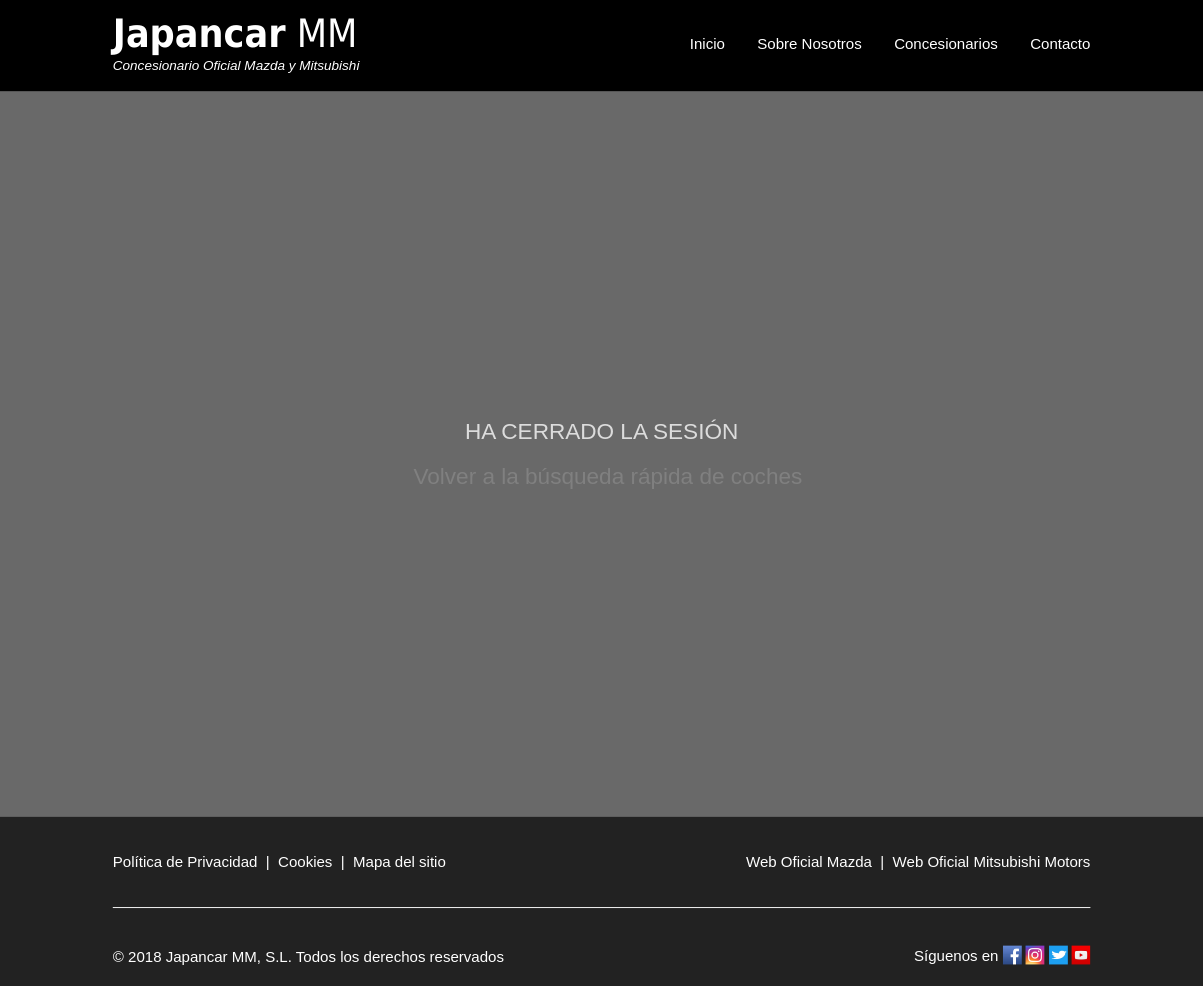
Repository: fjrm/Proyecto_1
Page: PruebaEE/WebContent/PaginaFin.html
These files come from the project's save history. The page is drawn as it stood at one moment and after the next save; the edit follows.
The browser window is 1280 px wide. The pictures show the whole page, at 94% of full size.
Some web libraries are served in a nearby version.

Above is the page before, as saved 2018-12-04 18:28:20.

### PruebaEE/WebContent/PaginaFin.html
<!DOCTYPE html>
<html lang="en">
<head>
	<meta charset="UTF-8">
	<meta name="description" content="Japancar MM, distribuidor oficial de Mazda y Mitsubishi en Barcelona">
	<meta name="keywords" content="Japancar MM, Mazda, Mitsubishi, Barcelona">
	<title>Japancar MM | Cerrar sesión</title>
	<link rel="stylesheet" href="css/reset.css">
	<link rel="stylesheet" href="css/style.css">
	<link rel="stylesheet" href="https://use.fontawesome.com/releases/v5.3.1/css/all.css" integrity="sha384-mzrmE5qonljUremFsqc01SB46JvROS7bZs3IO2EmfFsd15uHvIt+Y8vEf7N7fWAU" crossorigin="anonymous">
	<meta name="viewport" content="width=device-width, user-scalable=no, initial-scale=1.0, maximum-scale=1.0, minimum-scale=1.0">
	<style>
		main{
			color: #DCDCDC;
			font-size: 1.5em;
			text-align: center;
			padding-top: 350px;
      		padding-right: 0px;
      		padding-bottom: 350px;
      		padding-left: 0px;
		}

		main>a{
			color: #808080;
		}

		main>a:hover{
			color: #2F4F4F;
		}

		body{
      		/*background-image: url(img/01.jpg);
      		background-repeat: no-repeat;
      		background-position: bottom;
      		background-size: 125% 100%;*/
      		background-color: #696969;
      	}
	</style>
</head>
<body>
	<div id="wrapper">
		<header>
			<div class="logo">
				<h1><span>Japancar</span> MM</h1>
				<p>Concesionario Oficial Mazda y Mitsubishi</p>
			</div>
			<nav>
				<ul>
					<li><a href="index.html">Inicio<hr></a></li>
					<li><a href="SobreNosostros.html">Sobre Nosotros<hr></a></li>
					<li><a href="Concesionarios.html">Concesionarios<hr></a></li>
					<li><a href="Contacto.html">Contacto<hr></a></li>
				</ul>
			</nav>
		</header>
		<main>
			HA CERRADO LA SESIÓN
			<br>
			<br>
			<a href='http://localhost:8080/PruebaEE/envioPost.html'> &nbsp Volver a la búsqueda rápida de coches</a>
		</main>
		<footer>
			<section>
				<div class="menu_footer1">
					<a href="Privacidad.html">Política de Privacidad</a> &nbsp|&nbsp <a href="Cookies.html">Cookies</a> &nbsp|&nbsp <a href="MapaDelSitio.html">Mapa del sitio</a>
				</div>
				<div class="menu_footer2">
					<a href="https://www.mazda.es/">Web Oficial Mazda</a> &nbsp|&nbsp <a href="https://www.mitsubishi-motors.es">Web Oficial Mitsubishi Motors</a>
				</div>
			</section>
			<div class="linea">
				<p class="copyright">&copy; 2018 Japancar MM, S.L. Todos los derechos reservados</p>
				<div class="redes">
					<p>Síguenos en</p>
					<ul>
						<li>
							<a href="https://es-es.facebook.com/"><img src="img/Facebook.jpg" alt="Facebook"></a>
						</li>
						<li>
							<a href="https://www.instagram.com/?hl=es"><img src="img/Instagram.jpg" alt="Instagram"></a>
						</li>
						<li>
							<a href="https://twitter.com/?lang=es"><img src="img/Twitter.jpg" alt="Twitter"></a>
						</li>
						<li>
							<a href="https://www.youtube.com/?gl=ES&hl=es"><img src="img/Youtube.jpg" alt="Youtube"></a>
						</li>
					</ul>
				</div>
			</div>
		</footer>
	</div>
</body>
</html>

### PruebaEE/WebContent/css/style.css
body{
	background-color: #FFFFFF;
	color: #000000;
	font-family: sans-serif;
	font-size: 1em;
}

*{
	box-sizing: border-box;
}

a{
	text-decoration: none;
	color: inherit;
}

#wrapper{
	margin: 0 auto;
	width: 100%;
}



/*HEADER*/

#wrapper>header{
	background-color: #000000;
	color: #FFFFFF;
	overflow: auto;
	padding-top: 15px;
	padding-right: 120px;
	padding-bottom: 15px;
	padding-left: 120px;
}

.logo{
	float: left;
}

.logo>h1{
	font-family: Tahoma;
	font-size: 2.6em;
	padding-top: 0px;
	padding-right: 0px;
	padding-bottom: 5px;
	padding-left: 0px;
}

.logo>h1>span{
	font-weight: bold;
}

.logo>p{
	font-style: italic;
	font-size: 0.9em;
}

nav{
	float: right;
}

nav ul li{
	display: inline-block;
}

nav ul li a{
	display: inline-block;
	color: #FFFFFF;
	text-align: right;
	transition: all 1s;
	vertical-align: middle;
	padding-top: 24px;
	padding-right: 0px;
	padding-bottom: 24px;
	padding-left: 30px;
}

nav ul li a hr{
	border: 0;
    border-bottom: 3px solid #A9A9A9;
    margin: 0 auto;
	transition: all 1s;
	width: 0;
}

nav ul li a:hover{
	color: #A9A9A9;
}

nav ul li a:hover hr{
  	width: 100%;
}




/*FOOTER*/

footer{
	background-color: #222222;
	color: #FFFFFF;
}

footer>section{
	overflow: auto;
}

.menu_footer1{
	float: left;
	padding-top: 40px;
	padding-right: 120px;
	padding-bottom: 40px;
	padding-left: 120px;
}

.menu_footer1>a:hover{
	color: #A9A9A9;
}

.menu_footer2{
	float: right;
	padding-top: 40px;
	padding-right: 120px;
	padding-bottom: 40px;
	padding-left: 0px;
}

.menu_footer2>a:hover:nth-of-type(1){
	color: #4682B4;
}

.menu_footer2>a:hover:nth-of-type(2){
	color: #B22222;
}

.linea{
	border-top: 1px solid #FFFFFF;
	overflow: auto;
	margin-right: 120px;
	margin-left: 120px;
	padding-top: 40px;
	padding-right: 0px;
	padding-bottom: 20px;
	padding-left: 0px;
}

.copyright{
	float: left;
	padding-top: 4px;
	padding-right: 0px;
	padding-bottom: 0px;
	padding-left: 0px;
}

.redes{
	float: right;
}

.redes>p{
	display: inline-block;
}

.redes>ul{
	display: inline-block;
}

.redes>ul>li{
	display: inline-block;
}

.redes>ul>li>a{
	display: inline-block;
	color: #FFFFFF;
	vertical-align: middle;
}

.redes>ul>li>a>img{
	height: 20px;
	width: 20px;
}

    @media only screen and (min-width: 315px) and (max-width: 1049px){

    /*HEADER*/

    #wrapper>header{
      padding-top: 15px;
      padding-right: 20px;
      padding-bottom: 15px;
      padding-left: 20px;
      max-width: 100%;
        margin: auto;
    }

    }

    @media only screen and (min-width: 315px) and (max-width: 718px){


    /*HEADER*/

    #wrapper>header{
      padding-top: 10px;
      padding-right: 10px;
      padding-bottom: 10px;
      padding-left: 10px;
    }

    .logo{
      float: none;
    }

    .logo>h1{
      font-size: 14.5vw;
      text-align: left;
    }

    .logo>p{
      font-size: 5vw;
      text-align: left;
    }

    nav{
      float: none;
      margin-top: 20px;
      margin-right: 0px;
      margin-bottom: 20px;
    }

    nav ul li{
      display: block;
    }

    nav ul li a{
      display: block;
      color: #A9A9A9;
      text-align: left;
      padding-top: 10px;
      padding-right: 0px;
      padding-bottom: 10px;
      padding-left: 0px;
    }



    /*FOOTER*/

    footer>section{
      overflow: initial;
    }

    .menu_footer1{
      float: none;
      font-size: 3.5vw;
      text-align: left;
      padding-top: 20px;
      padding-right: 10px;
      padding-bottom: 10px;
      padding-left: 10px;
    }

    .menu_footer2{
      float: none;
      font-size: 3.5vw;
      text-align: left;
      padding-top: 10px;
      padding-right: 10px;
      padding-bottom: 10px;
      padding-left: 10px;
    }

    .linea{
      overflow: initial;
      margin-right: 10px;
      margin-left: 10px;
      padding-top: 20px;
      padding-right: 0px;
      padding-bottom: 20px;
      padding-left: 0px;
    }

    .copyright{
      float: none;
      font-size: 3.5vw;
      text-align: left;
      padding-top: 4px;
      padding-right: 0px;
      padding-bottom: 0px;
      padding-left: 0px;
    }

    .redes{
      float: none;
      font-size: 3.5vw;
      text-align: left;
      padding-top: 20px;
      padding-right: 0px;
      padding-bottom: 0px;
      padding-left: 0px;
    }

    }

    @media only screen and (min-width: 719px) and (max-width: 845px){

    /*HEADER*/

    #wrapper>header{
      padding-top: 15px;
      padding-right: 20px;
      padding-bottom: 15px;
      padding-left: 20px;
    }

    nav ul li a{
      padding-top: 24px;
      padding-right: 0px;
      padding-bottom: 24px;
      padding-left: 10px;
    }



    /*FOOTER*/

    .menu_footer1{
      font-size: 0.9em;
      padding-top: 40px;
      padding-right: 20px;
      padding-bottom: 40px;
      padding-left: 20px;
    }

    .menu_footer2{
      font-size: 0.9em;
      padding-top: 40px;
      padding-right: 20px;
      padding-bottom: 40px;
      padding-left: 0px;
    }

    .linea{
      margin-right: 20px;
      margin-left: 20px;
      padding-top: 40px;
      padding-right: 0px;
      padding-bottom: 20px;
      padding-left: 0px;
    }

    .copyright{
      font-size: 0.9em;
    }

    .redes{
      font-size: 0.9em;
    }

    }

    @media only screen and (min-width: 846px) and (max-width: 1049px){

    /*HEADER*/

    #wrapper>header{
      padding-top: 15px;
      padding-right: 20px;
      padding-bottom: 15px;
      padding-left: 20px;
    }

    nav ul li a{
      padding-top: 24px;
      padding-right: 0px;
      padding-bottom: 24px;
      padding-left: 20px;
    }



    /*FOOTER*/

    .menu_footer1{
      padding-top: 40px;
      padding-right: 0px;
      padding-bottom: 40px;
      padding-left: 20px;
    }

    .menu_footer2{
      padding-top: 40px;
      padding-right: 20px;
      padding-bottom: 40px;
      padding-left: 0px;
    }

    .linea{
      margin-right: 20px;
      margin-left: 20px;
      padding-top: 40px;
      padding-right: 0px;
      padding-bottom: 20px;
      padding-left: 0px;
    }

    }

    @media only screen and (min-width: 1050px) and (max-width: 1295px){


    /*FOOTER*/

    .menu_footer1{
      padding-right: 0px;
    }

    }

Loaded but not shown: PruebaEE/WebContent/css/reset.css (common file)

After the next save:
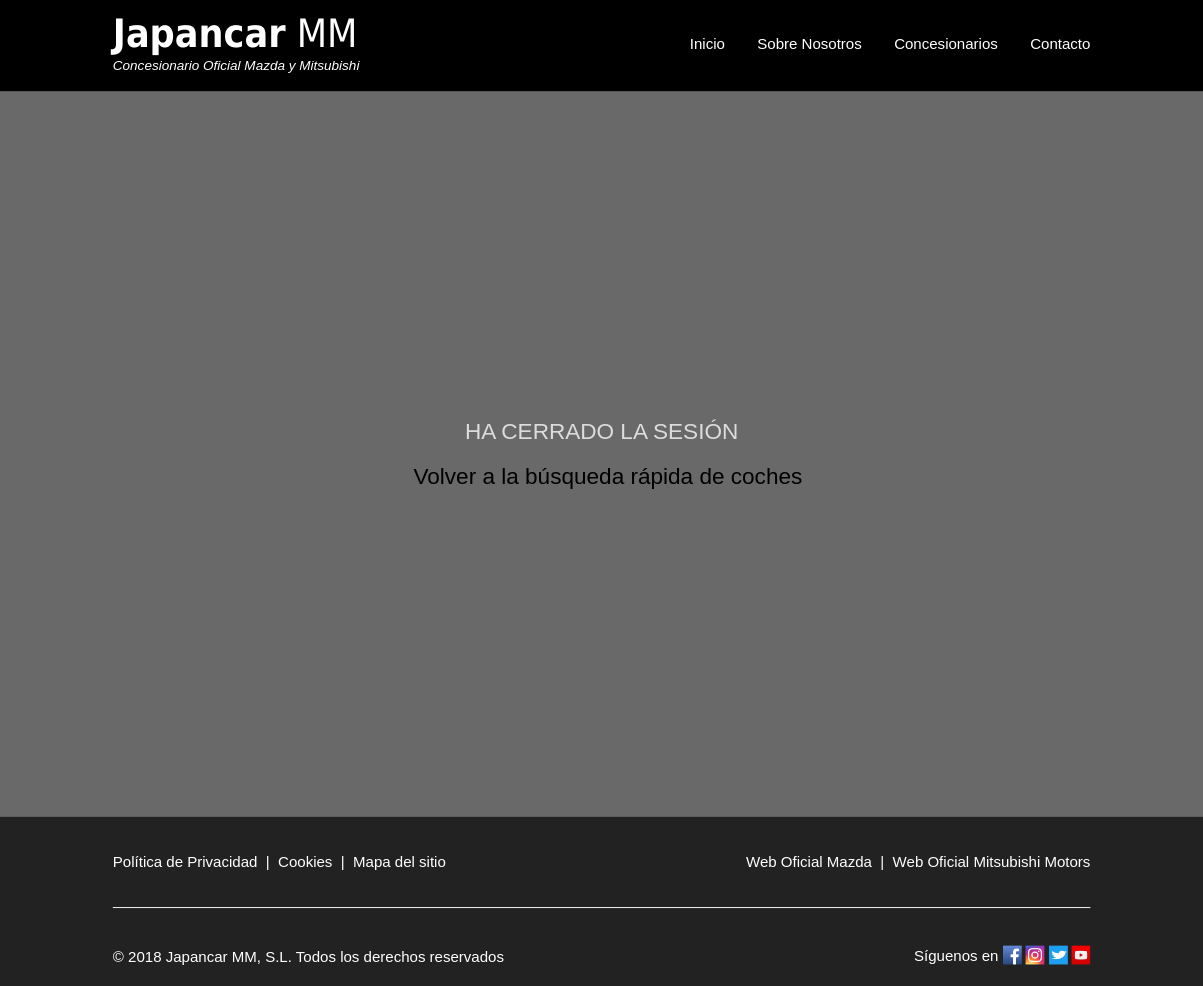
Saved 48 s later.
--- a/PruebaEE/WebContent/PaginaFin.html
+++ b/PruebaEE/WebContent/PaginaFin.html
@@ -21,7 +21,7 @@
 		}
 
 		main>a{
-			color: #808080;
+			color: #000000;
 		}
 
 		main>a:hover{
